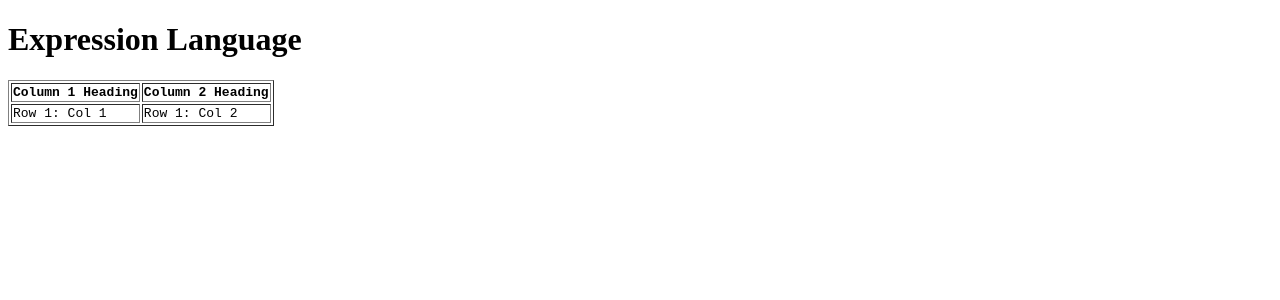
Repository: leedh909/Academy-web-
Page: http://localhost/Jsp07_EL_JSTL/basic-arithmetic.jsp
The author's editor kept a copy of each file at every save. The page is drawn from the files as they stood at one save, then again after the next save.
The browser window is 1280 px wide. The pictures show the whole page.
The page is served by Tomcat 9.

Above is the page before, as saved 2020-07-06 00:43:21.

After the next save:
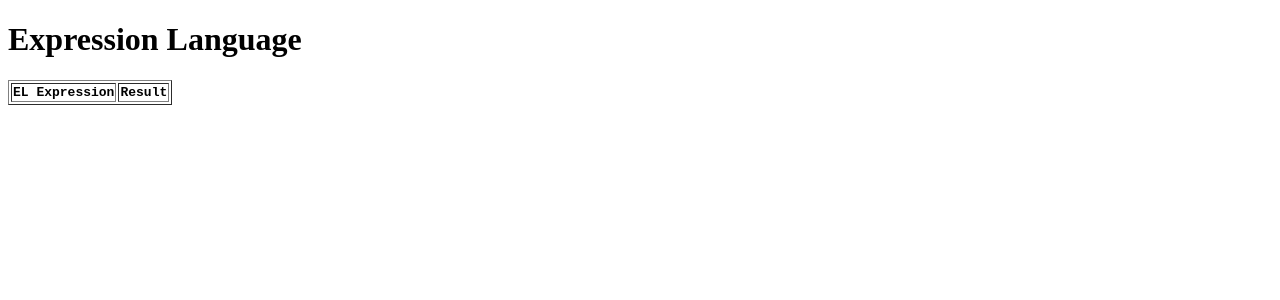
Saved 47 s later.
--- a/실습자료/eclipse-servlet/Jsp07_EL_JSTL/WebContent/basic-arithmetic.jsp
+++ b/실습자료/eclipse-servlet/Jsp07_EL_JSTL/WebContent/basic-arithmetic.jsp
@@ -14,14 +14,10 @@
 	<h1>Expression Language</h1>
 	<code>
 		<table border="1">
-		  <tr>
-		    <th>Column 1 Heading</th>
-		    <th>Column 2 Heading</th>
-		  </tr>
-		  <tr>
-		    <td>Row 1: Col 1</td>
-		    <td>Row 1: Col 2</td>
-		  </tr>
+		  <thead>
+		  	<td><b>EL Expression</b></td>
+		  	<td><b>Result</b></td>
+		  </thead>
 		</table>
 	</code>
 </body>
